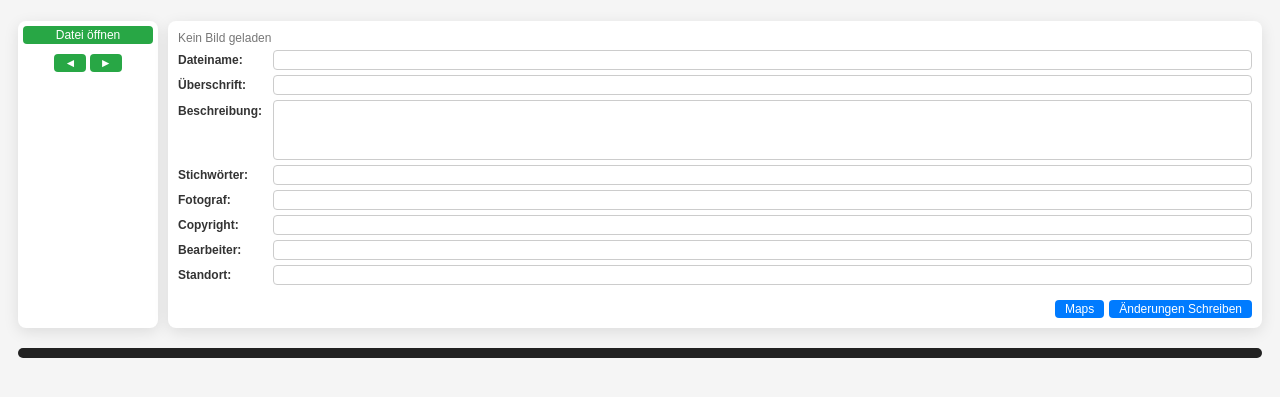
Repository: h-fahle/metadata
Page: ui/index.html
An editor plug-in stored every save of this project. The page is shown before and after the next save, followed by the edit.
The browser window is 1280 px wide. The pictures show the whole page.

Above is the page before, as saved 2026-08-18 19:20:08.

After the next save:
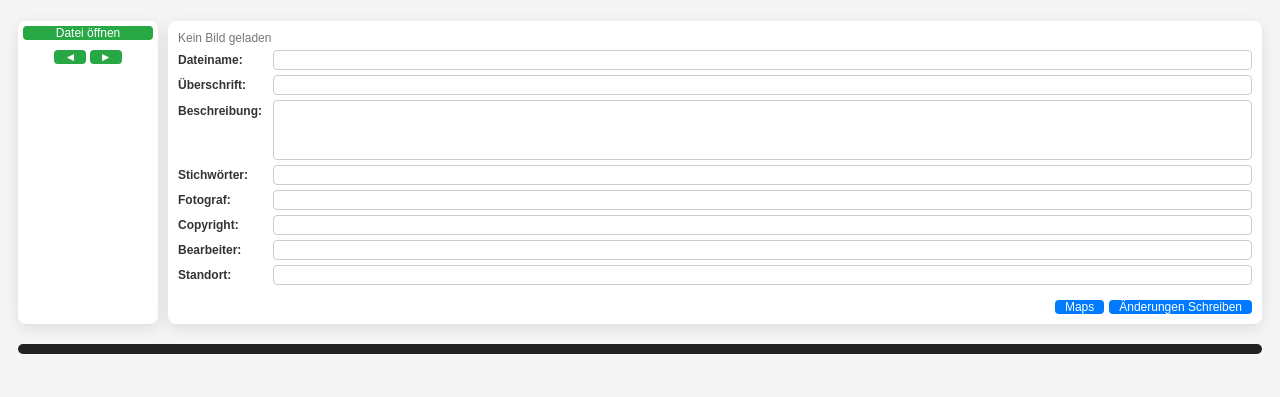
Saved 3 min 40 s later.
--- a/ui/style.css
+++ b/ui/style.css
@@ -6,7 +6,7 @@ body {
 }
 
 button {
-	padding: 2px 10px;
+	padding: 0px 10px;
 	font-size: 12px;
 	cursor: pointer;
 	background: #28a745;
@@ -195,12 +195,11 @@ textarea:focus {
 /* Wenn die Maus drüber ist oder getippt wird, MUSS diese Zeile über allen anderen liegen */
 .tooltip:hover,
 .tooltip:has(input:focus) {
-  z-index: 9999 !important; /* !important stellt sicher, dass kein anderes CSS das blockiert */
+  z-index: 9999 !important;
 }
 .tooltip:hover {
   z-index: 99999 !important;
 }
-
 /* Der Tooltip selbst */
 .tooltip:hover::after {
   content: attr(data-tooltip);
@@ -236,8 +235,6 @@ textarea:focus {
   pointer-events: none; /* Verhindert, dass der Tooltip Maus-Klicks oder Hovers abfängt */
 }
 
-
-
 /* Der Absendeknopf richtet sich nach den Eingabefeldern aus */
 .button-group {
 	display: flex;
